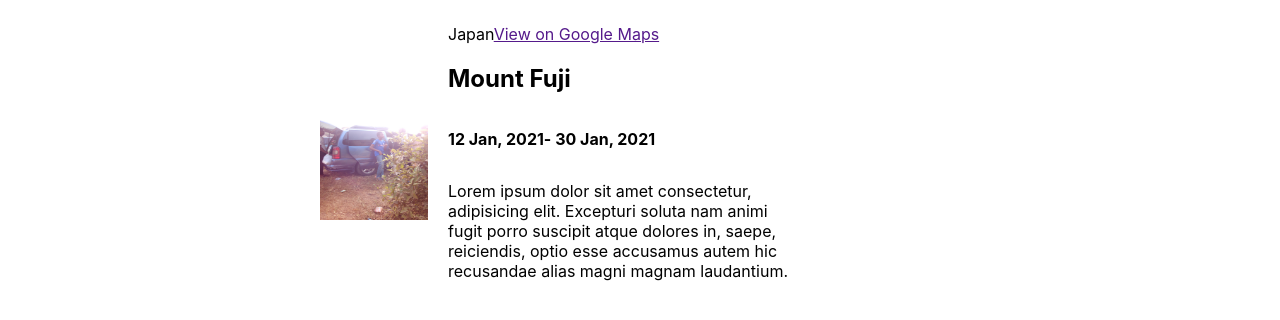
Repository: BuduCE/travel-journal
Page: /
These files come from the project's save history. The page is drawn as it stood at one moment and after the next save; the edit follows.
The browser window is 1280 px wide. The pictures show the whole page.
The project was rebuilt for these pictures with package versions that can differ from the ones it lists, and the page was loaded fresh each time. Also part of the build but not shown: src/components/Home/styles.css, src/components/Home/index.jsx.

Above is the page before, as saved 2022-08-25 11:39:16.

After the next save:
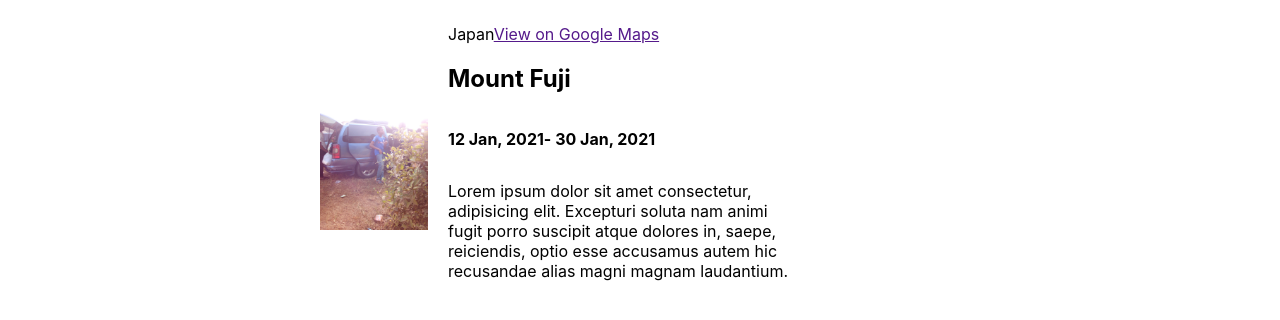
Saved 11 s later.
--- a/src/components/Tour/styles.css
+++ b/src/components/Tour/styles.css
@@ -11,7 +11,7 @@
 }
 .tour-img > img{
     width: 100%;
-    height: 17vh;
+    height: 20vh;
 }
 .tour-data{
     display: flex;
